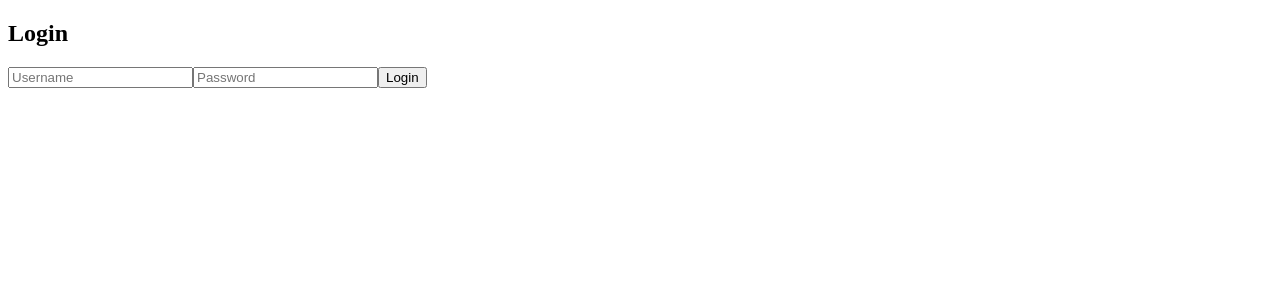
Repository: pripriya09/CSRF
Page: / (app in csrf-project/)
These files come from the project's save history. The page is drawn as it stood at one moment and after the next save; the edit follows.
The browser window is 1280 px wide. The pictures show the whole page.
The page's requests for data from a server got no answer. The project was rebuilt for these pictures with package versions that can differ from the ones it lists, and the page was loaded fresh each time. No one was signed in, and anything a server would have sent is missing. Also part of the build but not shown: csrf-project/vite.config.js.

Above is the page before, as saved 2025-01-30 18:21:35.

After the next save:
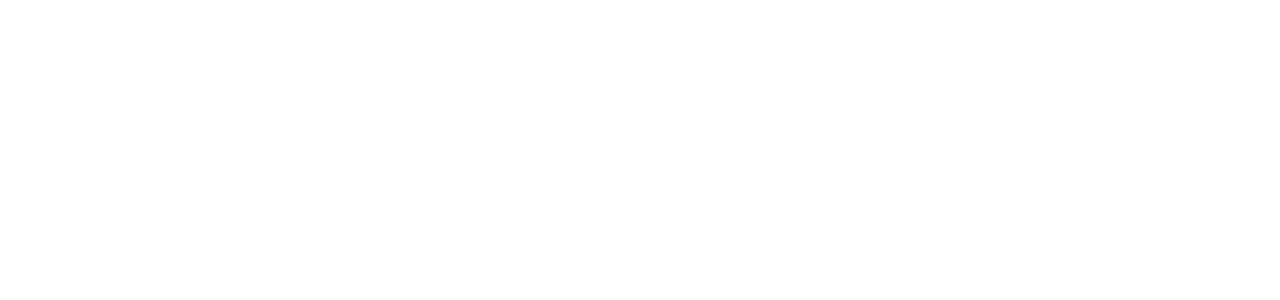
Console error: ReferenceError: createRoot is not defined
Saved 26 s later.
--- a/csrf-project/src/main.jsx
+++ b/csrf-project/src/main.jsx
@@ -5,6 +5,18 @@
 
 import AppRoutes from './heathplanCSRF/AppRoutes.jsx'
 
+createRoot(document.getElementById('root')).render(
+  <>
+    {/* <App /> */}
+
+  </>,
+)
+
+
+
+
+import App from "./App";
+
 ReactDOM.render(
   <BrowserRouter>
     <AppRoutes/>

After the 3 saves that followed:
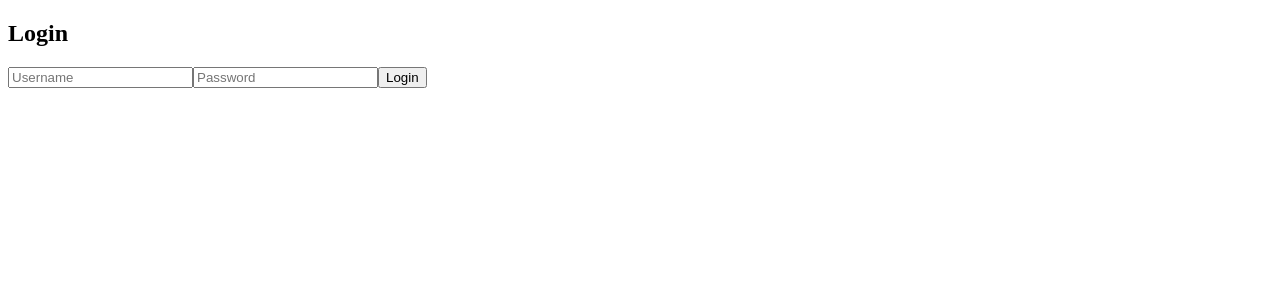
The error is gone.
The 3 saves are shown as one change because 2 left the picture as it was.
The last was saved 85 s later.
--- a/csrf-project/src/main.jsx
+++ b/csrf-project/src/main.jsx
@@ -1,25 +1,12 @@
-
 import React from "react";
-import ReactDOM from "react-dom";
+import { createRoot } from "react-dom/client"; // Import createRoot
 import { BrowserRouter } from "react-router-dom";
 
-import AppRoutes from './heathplanCSRF/AppRoutes.jsx'
+import AppRoutes from './heathplanCSRF/AppRoutes.jsx';
 
+// Use createRoot to render your app
 createRoot(document.getElementById('root')).render(
-  <>
-    {/* <App /> */}
-
-  </>,
-)
-
-
-
-
-import App from "./App";
-
-ReactDOM.render(
   <BrowserRouter>
-    <AppRoutes/>
-  </BrowserRouter>,
-  document.getElementById("root")
+    <AppRoutes />
+  </BrowserRouter>
 );
